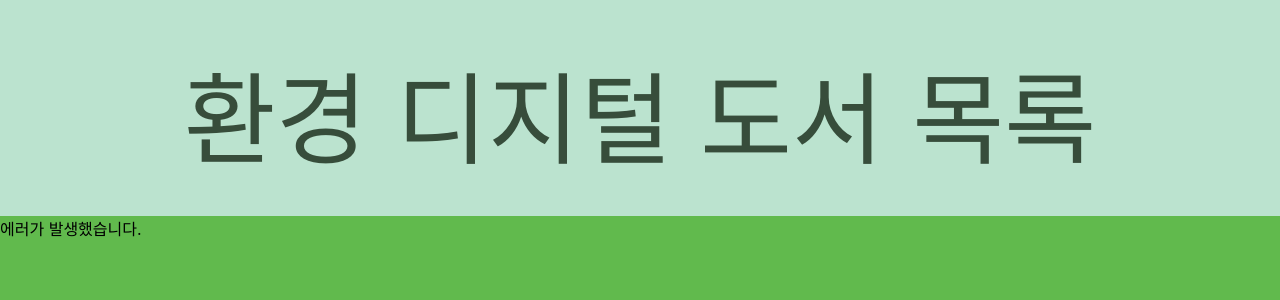
Repository: sojihwan/API
Page: / (app in contents/)
The author's editor kept a copy of each file at every save. The page is drawn from the files as they stood at one save, then again after the next save.
The browser window is 1280 px wide. The pictures show the whole page.
The page's requests for data from a server got no answer. The project was rebuilt for these pictures with package versions that can differ from the ones it lists, and the page was loaded fresh each time. No one was signed in, and anything a server would have sent is missing. Also part of the build but not shown: contents/src/css/Select.css, contents/src/css/Modal.css, contents/src/content/Modal.js.

Above is the page before, as saved 2022-05-26 13:28:50.

After the next save:
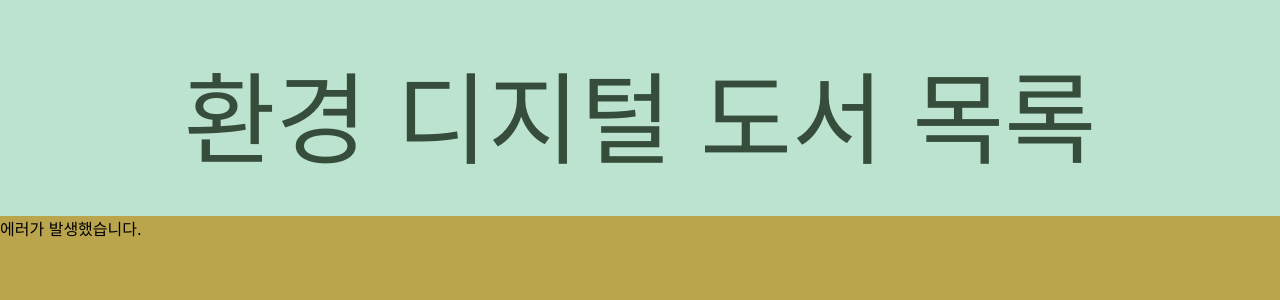
Saved 12 s later.
--- a/contents/src/css/Body.css
+++ b/contents/src/css/Body.css
@@ -11,7 +11,7 @@
 }
 @media ( min-width: 771px ) {
   .Body{
-    background-color: rgba(29, 156, 0, 0.698);
+    background-color: rgba(156, 127, 0, 0.698);
     position: fixed;
     top: 30%;
     left: 0px;
